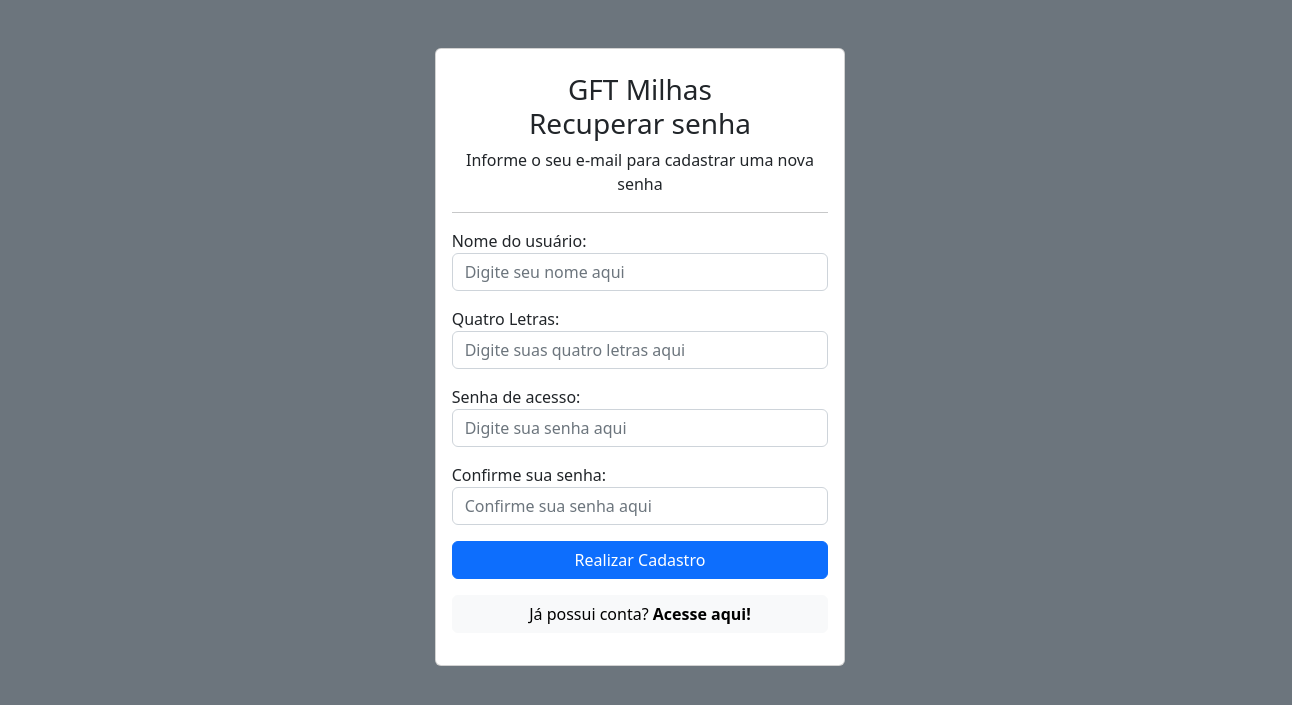
Repository: thamaraamaral/desafio_mvc1
Page: http://localhost/projeto-milhas/WEB-INF/views/password.jsp
These files come from the project's save history. The page is drawn as it stood at one moment and after the next save; the edit follows.
The browser window is 1280 px wide. The page is 1292 px wide, so the pictures cover 1292 px, including what lies to the right of the window. The pictures show the whole page.
The page is served by Tomcat 9. Nobody is signed in. Other server files are loaded and not shown. The template is opened directly, without the code that normally fills it, so the values that code supplies are empty.

Above is the page before, as saved 2022-10-27 14:18:40.

### projeto-milhas/src/main/webapp/WEB-INF/views/password.jsp
<%@ page language="java" contentType="text/html; charset=UTF-8"
	pageEncoding="UTF-8"%>
<!DOCTYPE html>
<html>
<head>
<meta charset="UTF-8">
<title>GFT Milhas</title>

<!-- CSS only -->
<link
	href="https://cdn.jsdelivr.net/npm/bootstrap@5.2.2/dist/css/bootstrap.min.css"
	rel="stylesheet">
</head>
<body class="bg-secondary">

	<div class="row">
		<div class="col-md-4 offset-md-4">
			<div class="card mt-5">
				<div class="card-body">

					<div class="text-center">

						<h3 class="mt-2">GFT Milhas <br>Recuperar senha</h3>
						<p>Informe o seu e-mail para cadastrar uma nova senha</p>
						<hr />
					</div>

					<form action="">

						<div class="mb-3">
							<label>Nome do usuário:</label> <input type="text"
								class="form-control" placeholder="Digite seu nome aqui">
						</div>

						<div class="mb-3">
							<label>Quatro Letras:</label> <input type="text"
								class="form-control" placeholder="Digite suas quatro letras aqui">
						</div>

						<div class="mb-3">
							<label>Senha de acesso:</label> <input type="password"
								class="form-control" placeholder="Digite sua senha aqui">
						</div>

												<div class="mb-3">
							<label>Confirme sua senha:</label> <input type="password"
								class="form-control" placeholder="Confirme sua senha aqui">
						</div>

						<div class="mb-3">
							<div class="d-grid">
								<input type="submit" value="Realizar Cadastro"
									class="btn btn-primary" />
							</div>
						</div>

						<div class="mb-3">
							<div class="d-grid">
								<a href="/projeto-milhas/" class="btn btn-light">
									Já possui conta? <strong>Acesse aqui!</strong></a>
							</div>
						</div>
					</form>
				</div>
			</div>
		</div>
	</div>
	<!-- JavaScript Bundle with Popper -->
	<script
		src="https://cdn.jsdelivr.net/npm/bootstrap@5.2.2/dist/js/bootstrap.bundle.min.js"></script>
</body>
</html>

After the next save:
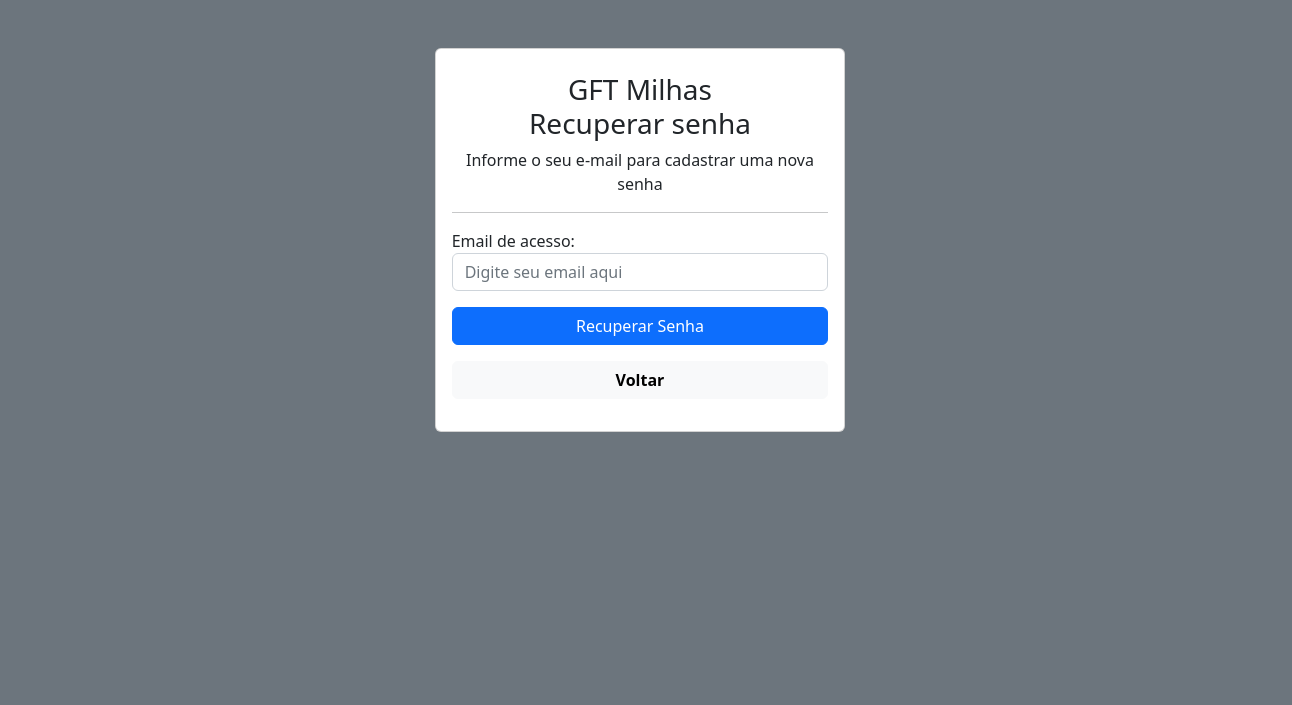
Saved 110 s later.
--- a/projeto-milhas/src/main/webapp/WEB-INF/views/password.jsp
+++ b/projeto-milhas/src/main/webapp/WEB-INF/views/password.jsp
@@ -28,28 +28,15 @@
 					<form action="">
 
 						<div class="mb-3">
-							<label>Nome do usuário:</label> <input type="text"
-								class="form-control" placeholder="Digite seu nome aqui">
+							<label>Email de acesso:</label> <input type="text"
+								class="form-control" placeholder="Digite seu email aqui">
 						</div>
 
-						<div class="mb-3">
-							<label>Quatro Letras:</label> <input type="text"
-								class="form-control" placeholder="Digite suas quatro letras aqui">
-						</div>
 
-						<div class="mb-3">
-							<label>Senha de acesso:</label> <input type="password"
-								class="form-control" placeholder="Digite sua senha aqui">
-						</div>
-
-												<div class="mb-3">
-							<label>Confirme sua senha:</label> <input type="password"
-								class="form-control" placeholder="Confirme sua senha aqui">
-						</div>
 
 						<div class="mb-3">
 							<div class="d-grid">
-								<input type="submit" value="Realizar Cadastro"
+								<input type="submit" value="Recuperar Senha"
 									class="btn btn-primary" />
 							</div>
 						</div>
@@ -57,7 +44,7 @@
 						<div class="mb-3">
 							<div class="d-grid">
 								<a href="/projeto-milhas/" class="btn btn-light">
-									Já possui conta? <strong>Acesse aqui!</strong></a>
+									<strong>Voltar</strong></a>
 							</div>
 						</div>
 					</form>
